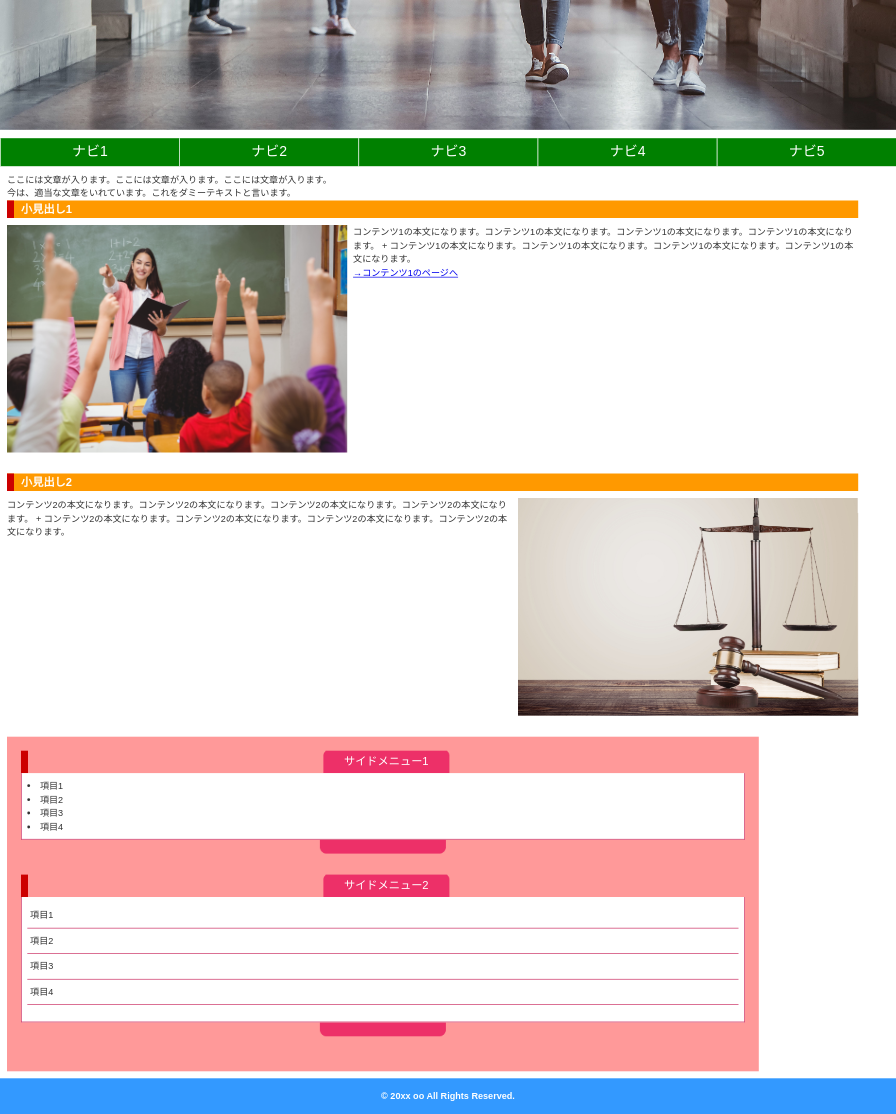
Repository: hikaru1226/samurai_HTML-CSS
Page: home.html
The author's editor kept a record of every edit. The page is drawn from the files as they stood at one moment, then again after the next edit.
The browser window is 1280 px wide. The pictures show the part of the page from y = 669 to 2589 px (the page is 2261 px tall before and 2643 px after), at 70% of full size.

Above is the page before.

After the next edit:
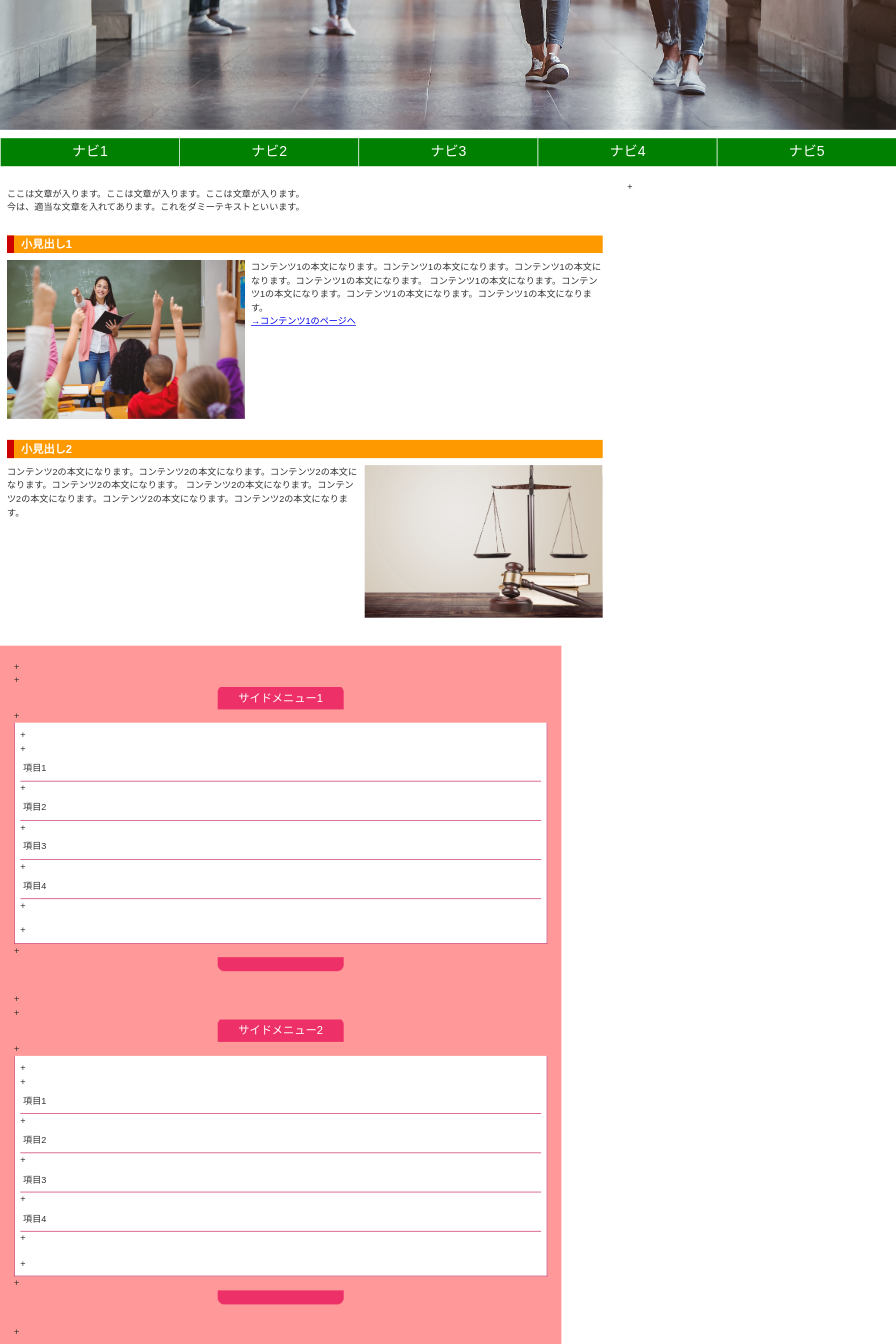
The edit:
--- a/home.html
+++ b/home.html
@@ -6,9 +6,9 @@
         <link rel="stylesheet" href="stylesheet.css">
     </head>
     <body>
-       <div id="header">
-       <h1><a href="index.html"><img id="corridor" src="images/corridor.jpg" alt="大学の廊下" /></a></h1>
-       </div>
+        <div id="header">
+            <h1><a href="index.html"><img id="corridor" src="images/corridor.jpg" alt="大学の廊下" /></a></h1>
+        </div>
         <div id="wrapper">
             <div id="nav">
                 <ul>
@@ -19,54 +19,57 @@
                     <li><a href="#">ナビ5</a></li>
                 </ul>
             </div>
-            <div id="main">
-                <div class="post">
-                    <p>ここには文章が入ります。ここには文章が入ります。ここには文章が入ります。<br />今は、適当な文章をいれています。これをダミーテキストと言います。</p>
-                <div class="post clearfix">
-                    <h2>小見出し1</h2>
-                    <img class="left" src="images/classroom.jpg" alt="授業風景" />
-                    <p>
-                        コンテンツ1の本文になります。コンテンツ1の本文になります。コンテンツ1の本文になります。コンテンツ1の本文になります。
-+                            コンテンツ1の本文になります。コンテンツ1の本文になります。コンテンツ1の本文になります。コンテンツ1の本文になります。
-                    </p>
-                    <p><a href="#">→コンテンツ1のページへ</a></p>
-                </div>
-                <div class="post clearfix">
-                    <h2>小見出し2</h2>
-                    <img class="right" src="images/scale.jpg" alt="天秤" />
-                    <p>
-                        コンテンツ2の本文になります。コンテンツ2の本文になります。コンテンツ2の本文になります。コンテンツ2の本文になります。
-+                       コンテンツ2の本文になります。コンテンツ2の本文になります。コンテンツ2の本文になります。コンテンツ2の本文になります。
-                    </p>
-                </div>
-                </div>
-                <div id="side">
-                    <div class="box">
-                        <h2>サイドメニュー1</h2>
-                        <div class="boxBody"
-                        <ul>
-                            <li>項目1</li>
-                            <li>項目2</li>
-                            <li>項目3</li>
-                            <li>項目4</li>
-                        </ul>
+            <div id="container">
+                <div id="main">
+                    <div class="post">
+                        <p>ここは文章が入ります。ここは文章が入ります。ここは文章が入ります。<br />今は、適当な文章を入れてあります。これをダミーテキストといいます。</p>
+                    </div>
+                    <div class="post clearfix">
+                        <h2>小見出し1</h2>
+                        <img class="left" src="images/classroom.jpg" alt="授業風景" />
+                        <p>
+                            コンテンツ1の本文になります。コンテンツ1の本文になります。コンテンツ1の本文になります。コンテンツ1の本文になります。
+                            コンテンツ1の本文になります。コンテンツ1の本文になります。コンテンツ1の本文になります。コンテンツ1の本文になります。
+                        </p>
+                        <p><a href="#">→コンテンツ1のページへ</a></p>
+                    </div>
+                    <div class="post clearfix">
+                        <h2>小見出し2</h2>
+                        <img class="right" src="images/scale.jpg" alt="天秤" />
+                        <p>
+                            コンテンツ2の本文になります。コンテンツ2の本文になります。コンテンツ2の本文になります。コンテンツ2の本文になります。
+                            コンテンツ2の本文になります。コンテンツ2の本文になります。コンテンツ2の本文になります。コンテンツ2の本文になります。
+                        </p>
                     </div>
                 </div>
-                <div class="box">
-                    <h2>サイドメニュー2</h2>
-                    <div class="boxBody">
-                        <ul>
-                            <li>項目1</li>
-                            <li>項目2</li>
-                            <li>項目3</li>
-                            <li>項目4</li>
-                        </ul>
-                    </div>
-                </div>
++                <div id="side">
++                    <div class="box">
++                        <h2>サイドメニュー1</h2>
++                        <div class="boxBody">
++                            <ul>
++                                <li>項目1</li>
++                                <li>項目2</li>
++                                <li>項目3</li>
++                                <li>項目4</li>
++                            </ul>
++                        </div>
++                    </div>
++                    <div class="box">
++                        <h2>サイドメニュー2</h2>
++                        <div class="boxBody">
++                            <ul>
++                                <li>項目1</li>
++                                <li>項目2</li>
++                                <li>項目3</li>
++                                <li>項目4</li>
++                            </ul>
++                        </div>
++                    </div>
++                </div>
             </div>
         </div>
         <div id="footer">
-            <p>&copy; 20xx oo All Rights Reserved.</p>
+            <p>&copy; 20xx ○○ All Rights Reserved.</p>
         </div>
     </body>
-</html>
+    </html>
